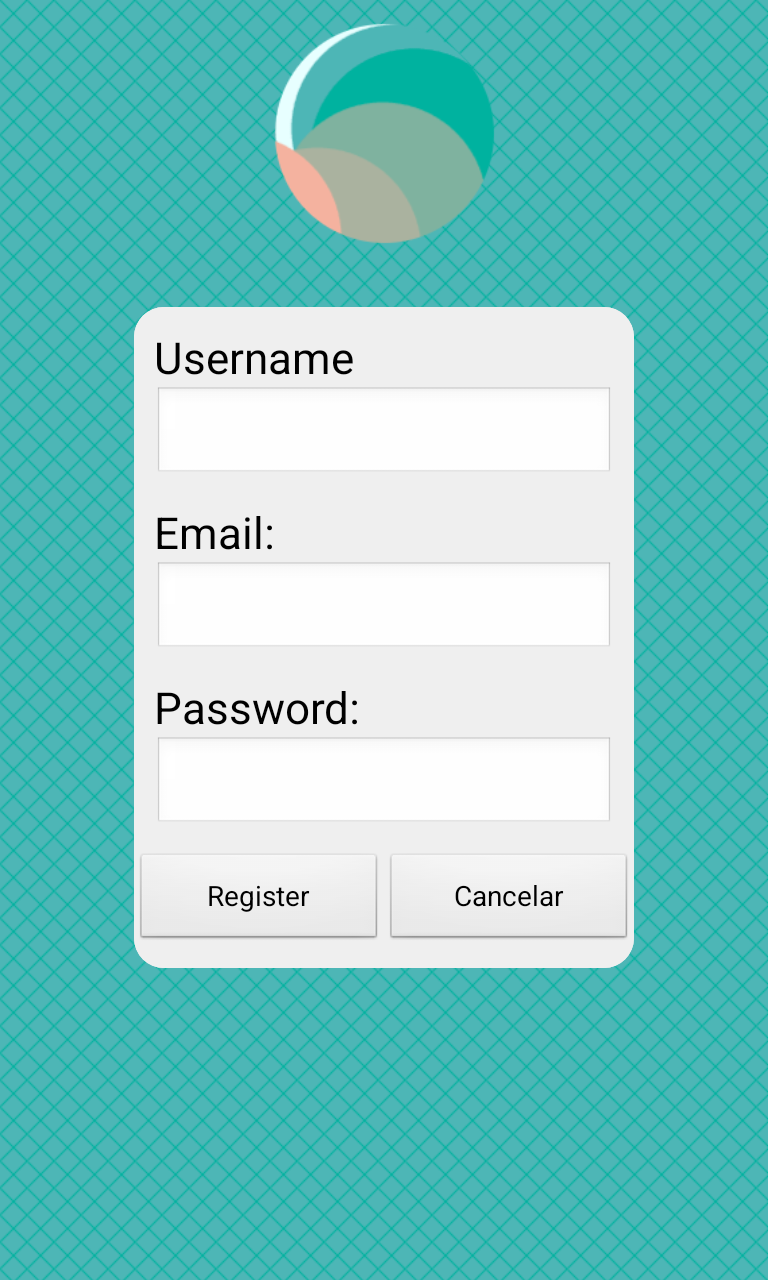
Repository: ppamorim/Coderock-X
Layout: workspace-Android/teste1/res/layout/activity_register.xml
These files come from the project's save history. The layout is drawn as it stood at one moment and after the next save; the edit follows.
It is drawn on a 768 x 1280 px phone screen (xhdpi) without system bars, with theme android:Theme.NoTitleBar; the app's code is not run.

Above is the layout before, as saved 2014-01-05 23:24:29.

After the next save:
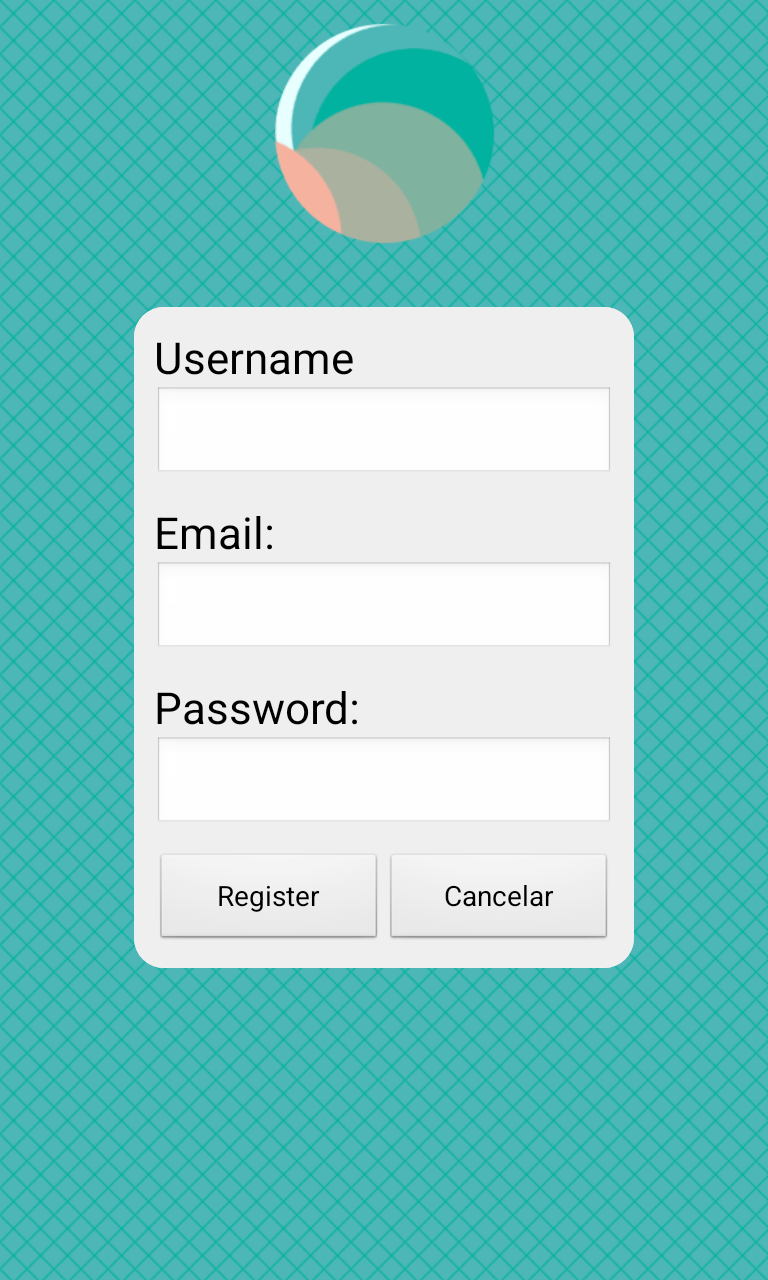
Saved 8 s later.
--- a/workspace-Android/teste1/res/layout/activity_register.xml
+++ b/workspace-Android/teste1/res/layout/activity_register.xml
@@ -97,6 +97,8 @@
         		android:layout_height="match_parent"
         		android:layout_weight="2"
         		android:layout_marginBottom="10dp"
+        		android:layout_marginLeft="10dp"
+            	android:layout_marginRight="10dp"
         		android:orientation="horizontal" >
 
         		<Button
